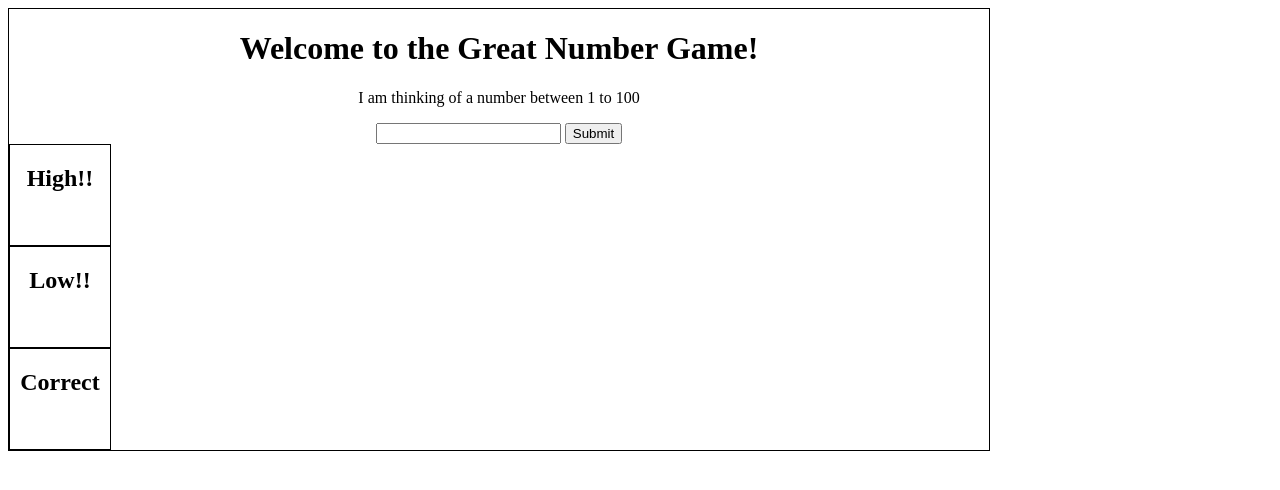
Repository: harshithamagani/Java-Basics
Page: http://localhost/number-game/
An editor plug-in stored every save of this project. The page is shown before and after the next save, followed by the edit.
The browser window is 1280 px wide. The pictures show the whole page.
The page is served by Tomcat 9.

Above is the page before, as saved 2019-11-05 19:16:02.

After the next save:
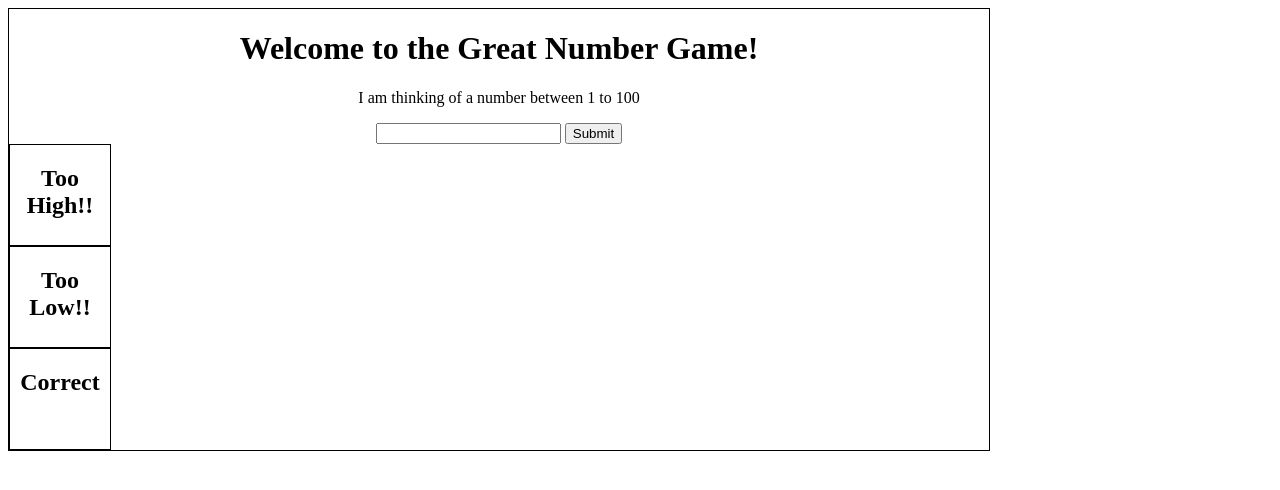
Saved 64 s later.
--- a/number-game/WebContent/WEB-INF/index.jsp
+++ b/number-game/WebContent/WEB-INF/index.jsp
@@ -34,10 +34,10 @@
 				<input name="submit" name="submit" type="submit" value="Submit">
 			</form>
 			 <div class="highlow">
-			 	<h2>High!!</h2>
+			 	<h2>Too High!!</h2>
 			 </div>
 			 <div class="highlow">
-			 	<h2>Low!!</h2>
+			 	<h2>Too Low!!</h2>
 			 </div>
 			 <div class="highlow">
 		        <h2>Correct</h2>
